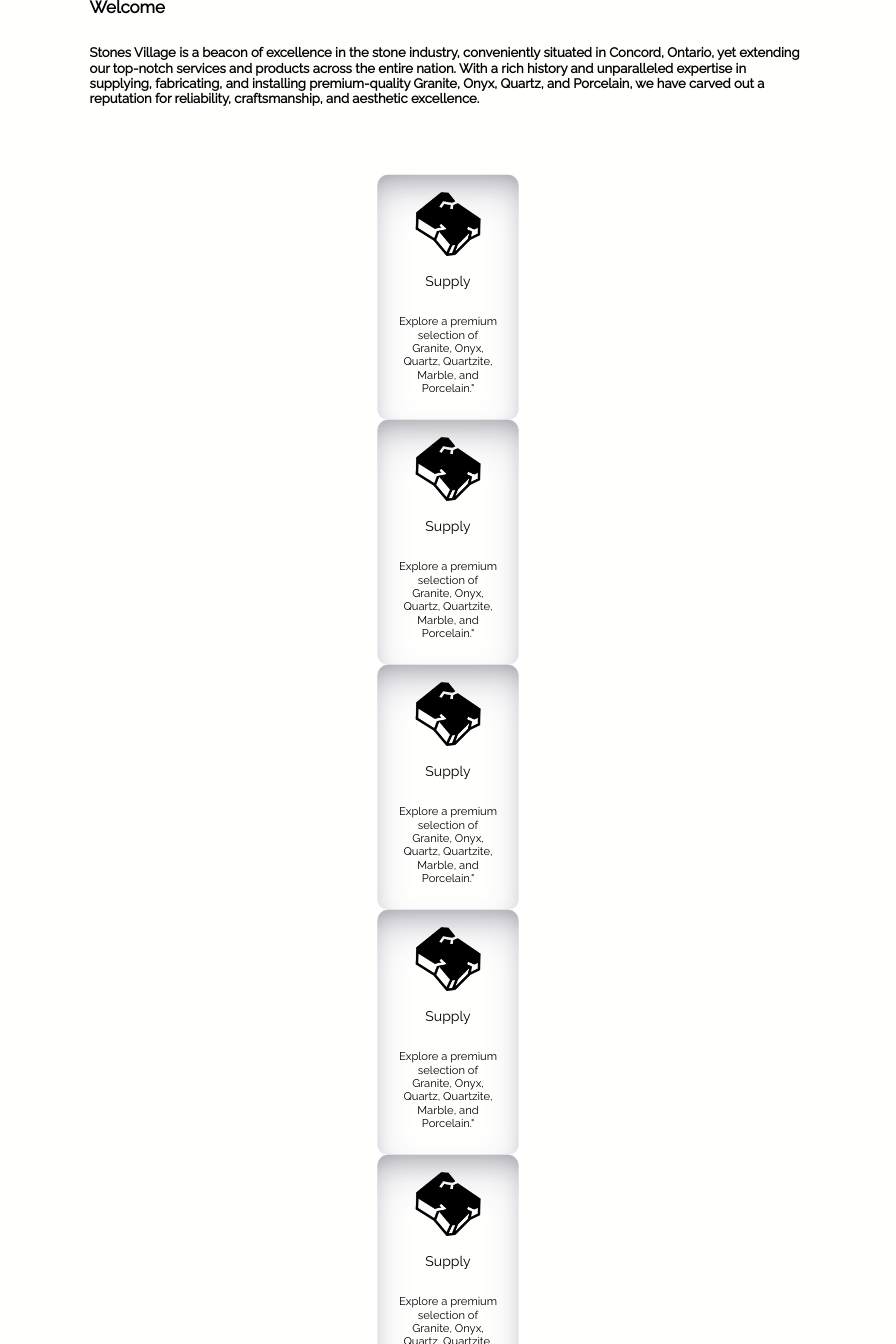
Repository: shayanabedi98/Stones-Village
Page: index.html
The author's editor kept a copy of each file at every save. The page is drawn from the files as they stood at one save, then again after a run of saves.
The browser window is 1280 px wide. The pictures show the part of the page from y = 824 to 2744 px (the page is 2824 px tall before and 1519 px after), at 70% of full size.
Backgrounds fixed to the window are drawn as part of the page.

Above is the page before, as saved 2023-10-22 16:45:41.

### index.html
<!DOCTYPE html>
<html lang="en">
<head>
    <meta charset="UTF-8">
    <meta name="viewport" content="width=device-width, initial-scale=1.0">
    <title>Stones Village | Home</title>
    <link rel="preconnect" href="https://fonts.googleapis.com">
    <link rel="preconnect" href="https://fonts.gstatic.com" crossorigin>
    <link href="https://fonts.googleapis.com/css2?family=Raleway&display=swap" rel="stylesheet">
    <link rel="stylesheet" href="styles.css">
</head>
<body>
    <div class="grid-container">
        <div class="navbar">
            <div class="logo">
                <img id="logo-name" src="./resources/sv-name.png" alt="Company name">
                <img id="logo-cube" src="./resources/sv-cube.png" alt="Company logo">
            </div>
            <div class="navbar-menu">
                <ul>
                    <li><a href="./">Home</a></li>
                    <li><a href="./inventory">Inventory</a></li>
                    <li><a href="./about-us">About Us</a></li>
                    <li><a href="./contact">Contact</a></li>
                </ul>
            </div>
            <div class="navbar-tel">
                <button><a href="tel:+14372375062">
                    <img src="./resources/telephone-svgrepo-com.png" alt="Contact By Number">
                    437 237 5062
                </a></button>
            </div>
        </div>
        <div class="banner">
            <!-- Background Image -->
        </div>
        <div class="banner-overlay">
            <h1>Exquisite Stones, Masterful Craftsmanship - Elevate Your Space with Stones Village Inc.</h1>
            <button>Inventory</button>
        </div>
        <div class="services-container">
            <h2>Welcome</h2>
            <h3>Stones Village is a beacon of excellence in the stone industry, conveniently situated in Concord, Ontario, yet extending our top-notch services and products across the entire nation. With a rich history and unparalleled expertise in supplying, fabricating, and installing premium-quality Granite, Onyx, Quartz, and Porcelain, we have carved out a reputation for reliability, craftsmanship, and aesthetic excellence.</h3>
            <div class="card-container">
                <div class="card">
                    <img src="./resources/stone-tablet-svgrepo-com.png" alt="Icon of Stone Slab">
                    <div class="card-text">
                        <p class="card-name">Supply</p>
                        <p class="card-description">Explore a premium selection of Granite, Onyx, Quartz, Quartzite, Marble, and Porcelain."</p>
                    </div>
                </div>
                <div class="card">
                    <img src="./resources/stone-tablet-svgrepo-com.png" alt="Icon of Stone Slab">
                    <div class="card-text">
                        <p class="card-name">Supply</p>
                        <p class="card-description">Explore a premium selection of Granite, Onyx, Quartz, Quartzite, Marble, and Porcelain."</p>
                    </div>
                </div>
                <div class="card">
                    <img src="./resources/stone-tablet-svgrepo-com.png" alt="Icon of Stone Slab">
                    <div class="card-text">
                        <p class="card-name">Supply</p>
                        <p class="card-description">Explore a premium selection of Granite, Onyx, Quartz, Quartzite, Marble, and Porcelain."</p>
                    </div>
                </div>
                <div class="card">
                    <img src="./resources/stone-tablet-svgrepo-com.png" alt="Icon of Stone Slab">
                    <div class="card-text">
                        <p class="card-name">Supply</p>
                        <p class="card-description">Explore a premium selection of Granite, Onyx, Quartz, Quartzite, Marble, and Porcelain."</p>
                    </div>
                </div>
                <div class="card">
                    <img src="./resources/stone-tablet-svgrepo-com.png" alt="Icon of Stone Slab">
                    <div class="card-text">
                        <p class="card-name">Supply</p>
                        <p class="card-description">Explore a premium selection of Granite, Onyx, Quartz, Quartzite, Marble, and Porcelain."</p>
                    </div>
                </div>
            </div>

            <!-- Free Quotations
Stonica Group Inc. offers no-obligation, comprehensive quotes for all project sizes. Our experts provide a detailed cost estimate, ensuring transparency and no hidden charges.


Measurements
We use advanced tools for precise project measurements, considering the environment and potential challenges to ensure seamless integration of our fabrications into your space.


Fabrication
Our high-quality fabrication service is handled by a skilled team and cutting-edge facilities. We handle various materials and complexities, ensuring the finished product meets the highest industry standards.


Installation
Our trained professionals carry out careful and precise installations. We also perform comprehensive checks post-installation, ensuring a perfect fit and function. Your satisfaction is our ultimate goal. -->
        </div>
    </div>
    <script src="./index.js"></script>
</body>
</html>

### styles.css
body {
    background-color: #FFFFFE;
    color: #000000;
    font-family: 'Raleway', sans-serif;
    margin: 0;
    padding: 0;
}

.navbar {
    display: grid;
    grid-template-columns: 0.5fr 1fr 0.5fr;
    background-color: rgba(29, 31, 31, 0.7);
    box-shadow: 0 0 5px 0 rgb(0, 0, 0);
    padding: 10px;
    position: fixed;
    width: 100%;
    z-index: 1;
}

.logo {
    display: flex;
    align-items: center;
    justify-content: center;
}

#logo-cube {
    height: 42px;
    margin-left: 20px;
    cursor: pointer;
}

#logo-name {
    height: 28px;
    cursor: pointer;
}

.navbar-menu {
    display: grid;
    align-items: end;
}

.navbar-menu ul {
    display: flex;
    align-content: center;
    justify-content: center;
    list-style-type: none;
}

.navbar-menu a {
    text-decoration: none;
    color: #FFFFFE;
    font-size: 20px;
    margin-left: 60px;
}

.navbar-menu a:hover {
    color: #E0B739;
    transition: 0.3s;
    border-bottom: 8px solid #E0B739;
}

.navbar-menu a:not(:hover) {
    color: #FFFFFE;
    border-bottom: 0px;
    transition: 0.3s;
}

.navbar-tel {
    display: flex;
    justify-content: center;
    align-items: center;
}

.navbar-tel button {
    height: 35px;
    width: 160px;
    border: none;
    border-radius: 3px;
    box-shadow: 0 0 10px 0 rgb(0, 0, 0);
}

.navbar-tel img {
    height: 25px;
    margin-right: 12px;
}

.navbar-tel a {
    text-decoration: none;
    color: black;
    font-family: Tahoma, Verdana, sans-serif;
    font-size: 16px;
    display: flex;
    align-items: center;
    justify-content: center;
}

.banner {
    background-attachment: fixed;
    height: 100vh;
    background-size: 2100px;
    background-repeat: no-repeat;
    background-position: 0 -400px;
    transition: opacity 1s ease-in-out, background-size 0s, background-position 0s;
}

.banner-overlay {
    background-color: rgba(0, 0, 0, 0.7);
    box-shadow: 0 0 10px 0 black;
    display: grid;
    grid-template-rows: 0.8fr 1fr;
    justify-items: center;
    align-items: center;
    text-align: center;
    position: absolute;
    height: 100vh;
    width: 100%;
    top: 0;
}

.banner-overlay h1 {
    margin: 0;
    color: #FFFFFE;
    position: relative;
    font-size: 40px;
    top: 300px;
    width: 70%;
    line-height: 60px;
}

.banner-overlay button {
    font-family: 'Raleway', sans-serif;
    background-color: rgba(255, 255, 254, 0.5);
    color: white;
    border: none;
    border-radius: 3px;
    font-size: 20px;
    width: 140px;
    height: 50px;
    box-shadow: 0 0 2px 0 black;
    cursor: pointer;
}

.banner-overlay button:hover {
    box-shadow: 0 0 15px 0 black;
    background-color: rgb(224, 183, 57);
    transition: 0.3s;
}

.banner-overlay button:not(:hover) {
    box-shadow: 0 0 5px 0 black;
    transition: 0.3s;
}

.services-container {
    display: grid;
    justify-items: center;
    margin-top: 80px;
}

.services-container h2, h3 {
    width: 80%;
}

.card-container {
    display: grid;
    grid-template-columns: repeat(1fr, 5);
    width: 100%;
    justify-items: center;
    margin-top: 80px;
}

.card {
    width: 15%;
    display: grid;
    justify-items: center;
    border-radius: 15px;
    box-shadow: rgba(50, 50, 93, 0.25) 0px 30px 60px -12px inset, rgba(0, 0, 0, 0.3) 0px 18px 36px -18px inset;
    padding: 20px 5px;
}

.card img {
    height: 100px;
}

.card-text {
    display: grid;
    text-align: center;
    justify-items: center;
}

.card-name {
    font-size: 20px;
}

.card-description {
    width: 75%;
}

### index.js
const banner = document.querySelector('.banner');
const bannerImg = ['./resources/aaron-huber-G7sE2S4Lab4-unsplash.jpg', './resources/black-marble-texture2-min2.jpg', './resources/engin-akyurt-m555vEfryhE-unsplash.jpg', './resources/marble-2398956_1920.jpg'];
let bannerImgIndex = 0;
const logoName = document.querySelector('#logo-name');
const logoCube = document.querySelector('#logo-cube');
const navbar = document.querySelector('.navbar');

logoCube.addEventListener('click', () => {
    window.location.replace('./')
})

logoCube.addEventListener('mouseover', () => {
    navbar.style.backgroundColor = 'rgba(224, 183, 57,0.3)'
    navbar.style.transition = '4s'
})

logoCube.addEventListener('mouseout', () => {
    navbar.style.backgroundColor = 'rgba(29, 31, 31, 0.7)'
    navbar.style.transition = '2s'
})

logoName.addEventListener('click', () => {
    window.location.replace('./')
})

logoName.addEventListener('mouseover', () => {
    navbar.style.backgroundColor = 'rgba(224, 183, 57,0.3)'
    navbar.style.transition = '4s'
})

logoName.addEventListener('mouseout', () => {
    navbar.style.backgroundColor = 'rgba(29, 31, 31, 0.7)'
    navbar.style.transition = '2s'
})

const bannerImgChanger = () => {
    banner.style.opacity = '0'
    bannerImgIndex = (bannerImgIndex + 1) % bannerImg.length;
    banner.style.background = `url(${bannerImg[bannerImgIndex]})`;

    if (bannerImgIndex === 0) {
        banner.style.backgroundSize = '2100px';
        banner.style.backgroundPosition = '0 -400px'
        banner.style.backgroundAttachment = 'fixed';
        banner.style.opacity = '1'
        banner.style.transition = 'opacity 1s ease-in, background-size 0s, background-position 0s;';
        setTimeout(() => {
            banner.style.opacity = '0'
        }, 7000)

    } else if (bannerImgIndex === 1) {
        banner.style.backgroundSize = '2000px';
        banner.style.backgroundAttachment = 'fixed';
        banner.style.opacity = '1'
        banner.style.transition = 'opacity 1s ease-in, background-size 0s, background-position 0s;';
        setTimeout(() => {
            banner.style.opacity = '0'
        }, 7000)

    } else if (bannerImgIndex === 2) {
        banner.style.backgroundAttachment = 'fixed';
        banner.style.opacity = '1'
        banner.style.transition = 'opacity 1s ease-in, background-size 0s, background-position 0s;';
        setTimeout(() => {
            banner.style.opacity = '0'
        }, 7000)
    } else if (bannerImgIndex === 3) {
        banner.style.backgroundAttachment = 'fixed';
        banner.style.opacity = '1'
        banner.style.transition = 'opacity 1s ease-in, background-size 0s, background-position 0s;';
        setTimeout(() => {
            banner.style.opacity = '0'
        }, 7000)
    }
};

bannerImgChanger();

setInterval(bannerImgChanger, 8000)

After the next 2 saves:
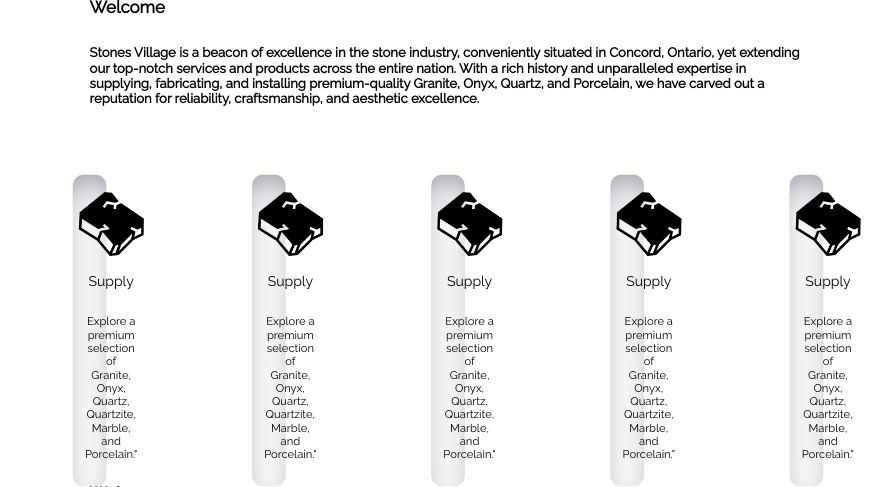
The 2 saves are shown as one change because they came seconds apart.
The last was saved 8 s later.
--- a/styles.css
+++ b/styles.css
@@ -163,7 +163,7 @@ body {
 
 .card-container {
     display: grid;
-    grid-template-columns: repeat(1fr, 5);
+    grid-template-columns: repeat(5, 1fr);
     width: 100%;
     justify-items: center;
     margin-top: 80px;
